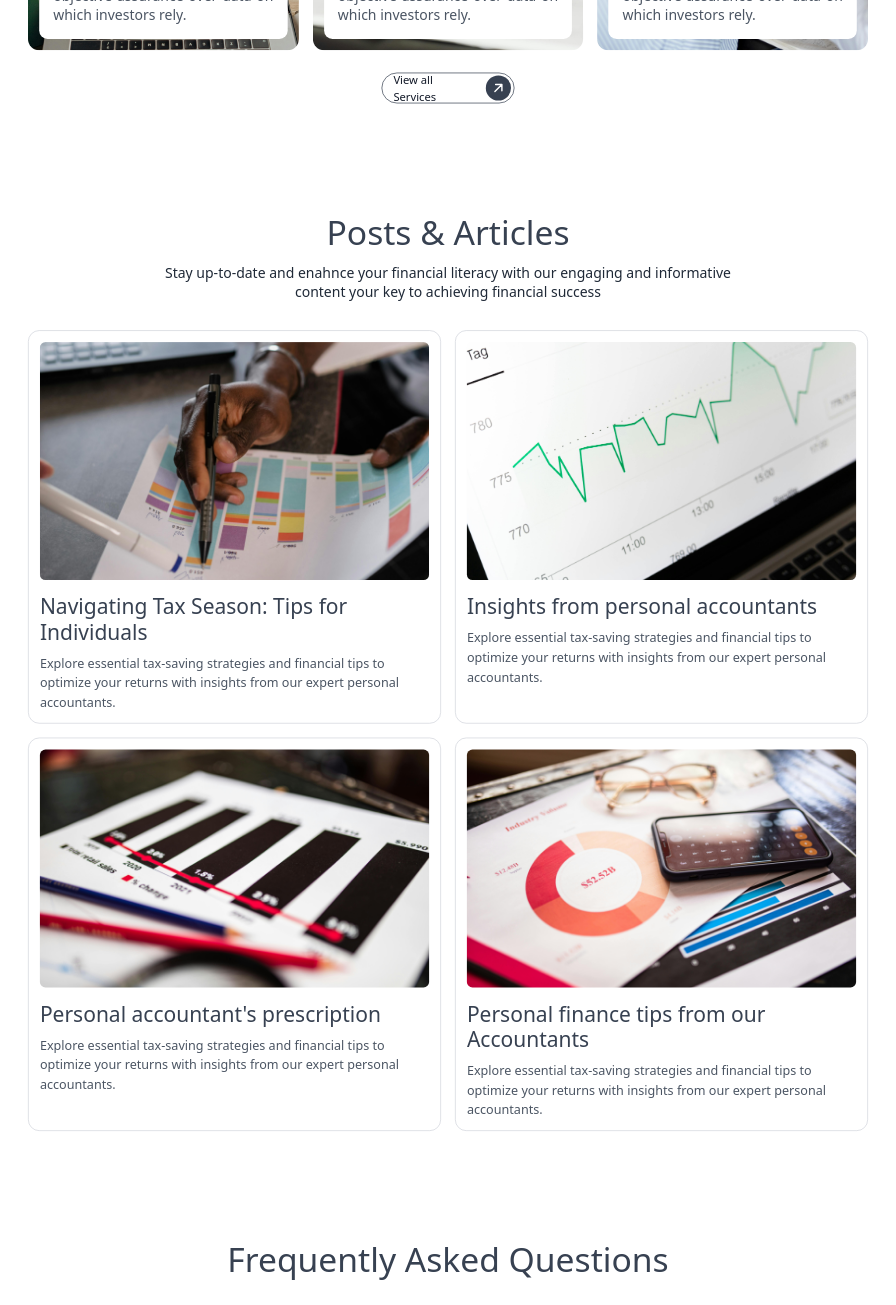
Repository: vespersolutionspk18/integrast-website
Page: /
These files come from the project's save history. The page is drawn as it stood at one moment and after the next save; the edit follows.
The browser window is 1280 px wide. The pictures show the part of the page from y = 1614 to 3534 px (the page is 3478 px tall before and 3534 px after), at 70% of full size.
The project was rebuilt for these pictures with package versions that can differ from the ones it lists, and the page was loaded fresh each time. The framework's server and built-in components were replaced by stand-ins that run in the browser. Also part of the build but not shown: next.config.ts.

Above is the page before, as saved 2024-12-09 17:10:44.

After the next save:
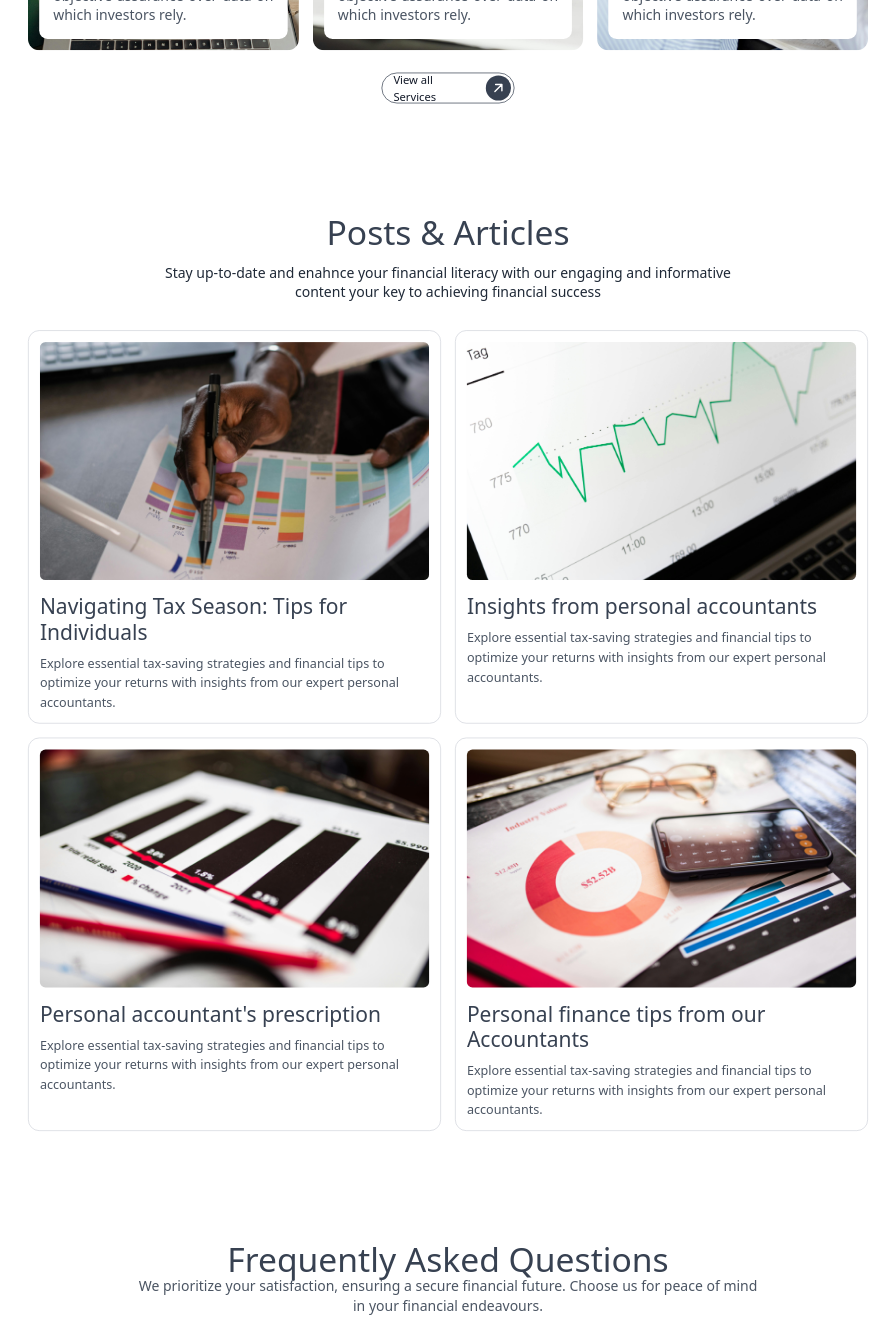
Saved 74 s later.
--- a/app/Faqsection.tsx
+++ b/app/Faqsection.tsx
@@ -4,6 +4,7 @@ const Faqsection = () => {
   return (
     <div className="flex flex-col p-10 items-center mt-20">
     <h2 className="font-sans font-light text-5xl text-gray-700">Frequently Asked Questions</h2>
+    <p className="font-sans font-light text-xl text-gray-600 text-center">We prioritize your satisfaction, ensuring a secure financial future. Choose us for peace of mind<br></br>in your financial endeavours.</p>
     </div>
   )
 }
